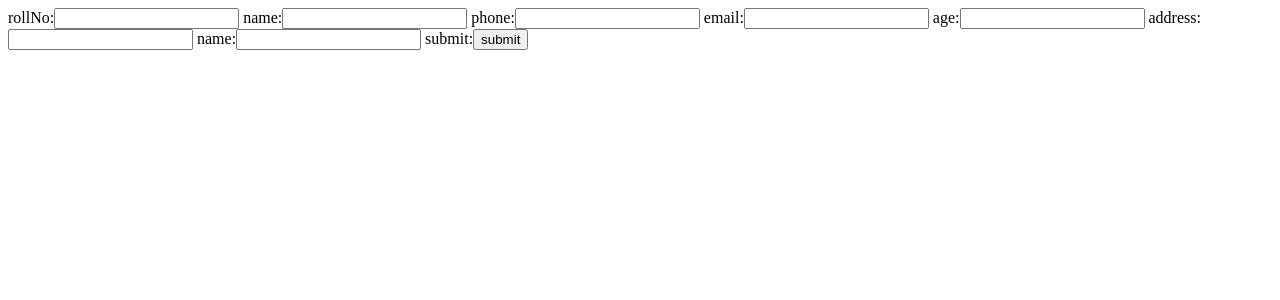
Repository: gulshankumar013/Student-Management-System
Page: http://localhost/studentManagementSysytem/form.jsp
The author's editor kept a copy of each file at every save. The page is drawn from the files as they stood at one save, then again after the next save.
The browser window is 1280 px wide. The pictures show the whole page.
The page is served by Tomcat 10. Other server files are loaded and not shown.

Above is the page before, as saved 2024-03-07 03:50:25.

### studentManagementSysytem/src/main/webapp/form.jsp
<%@ page language="java" contentType="text/html; charset=UTF-8"
    pageEncoding="UTF-8"%>
<!DOCTYPE html>
<html>
<head>
<meta charset="UTF-8">
<title>Insert title here</title>
</head>
<body>

<form action="save" method="post">
    rollNo:<input type="number" name = "roll">
	name:<input type="text" name = "name">
	phone:<input number="text" name = "phone">
	email:<input type="email" name = "email">
	age:<input type ="number" name = "age">
	address:<input type="text" name = "address">
	name:<input type="password" name = "password">
	submit:<input type = "submit" value= "submit">
</form>


</body>
</html>

After the next save:
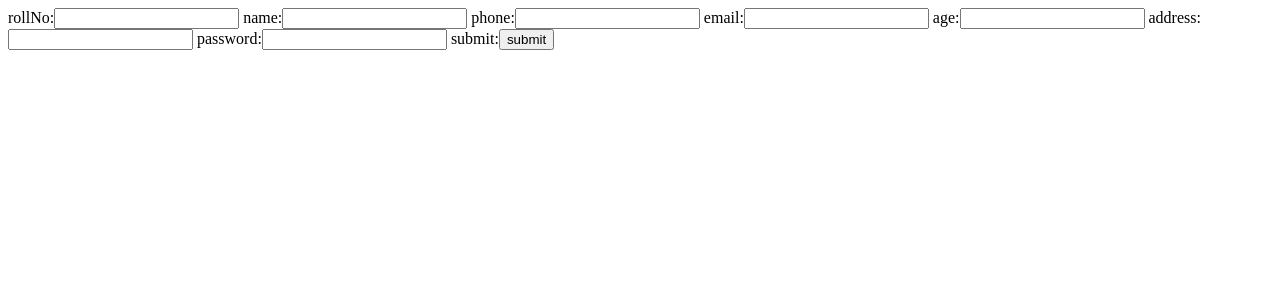
Saved 7 min 0 s later.
--- a/studentManagementSysytem/src/main/webapp/form.jsp
+++ b/studentManagementSysytem/src/main/webapp/form.jsp
@@ -15,7 +15,7 @@
 	email:<input type="email" name = "email">
 	age:<input type ="number" name = "age">
 	address:<input type="text" name = "address">
-	name:<input type="password" name = "password">
+	password:<input type="password" name = "password">
 	submit:<input type = "submit" value= "submit">
 </form>
 
